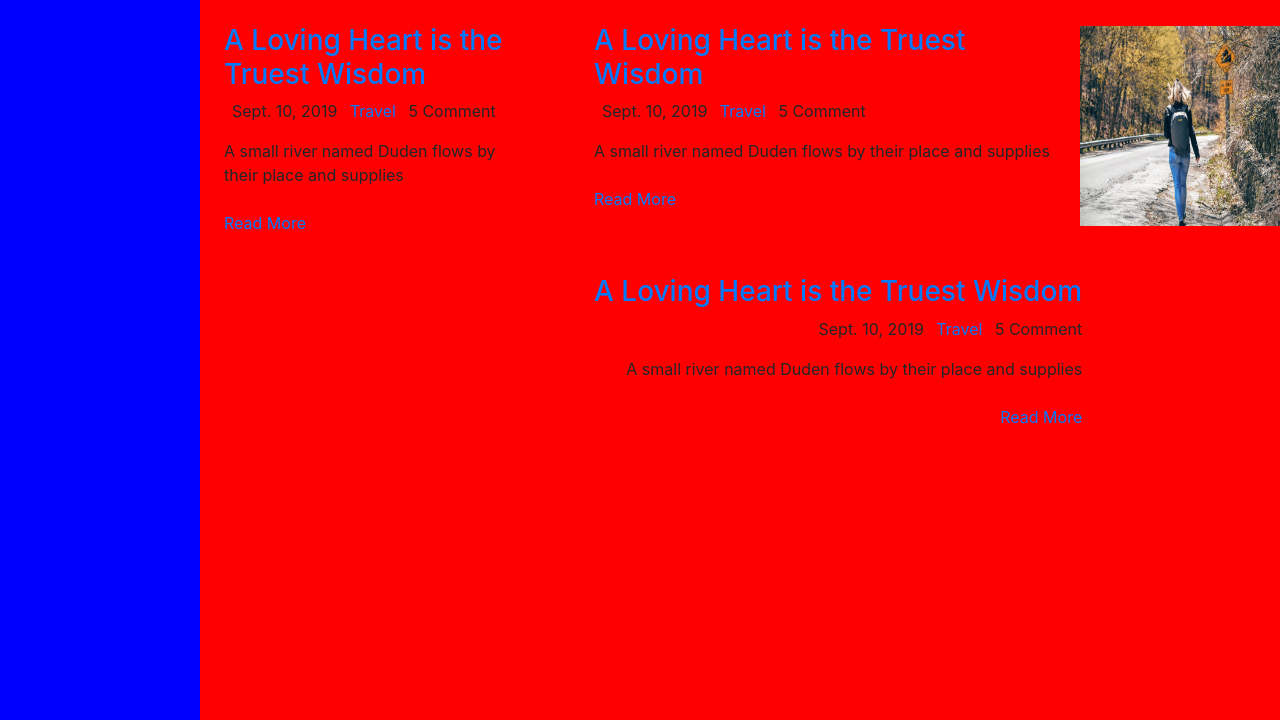
Repository: tts2610/GoogleNews
Page: index.html
These files come from the project's save history. The page is drawn as it stood at one moment and after the next save; the edit follows.
The browser window is 1280 px wide. The pictures show the whole page.
The page's requests for data from a server got no answer.

Above is the page before, as saved 2020-05-20 13:37:02.

After the next save:
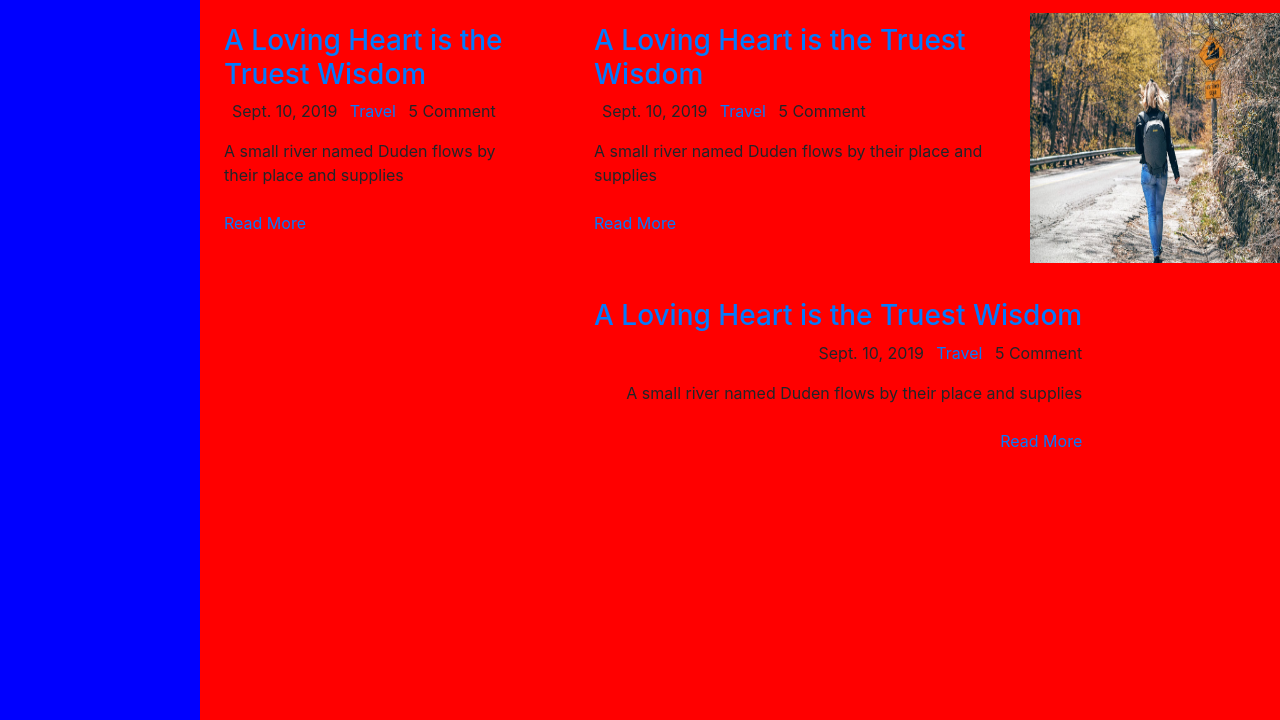
Saved 17 s later.
--- a/index.html
+++ b/index.html
@@ -66,7 +66,7 @@
                                     <p class="mb-4">A small river named Duden flows by their place and supplies</p>
                                     <p><a href="#" class="btn-custom">Read More <span class="ion-ios-arrow-forward"></span></a></p>
                                 </div>
-                                <div class="news-img"><img src="img/image_8.jpg" width="200" height="200"></div>
+                                <div class="news-img"><img src="img/image_8.jpg" width="250" height="250"></div>
                             </div>
                         </div>
                         <div class="col-md-12">

After the save that followed:
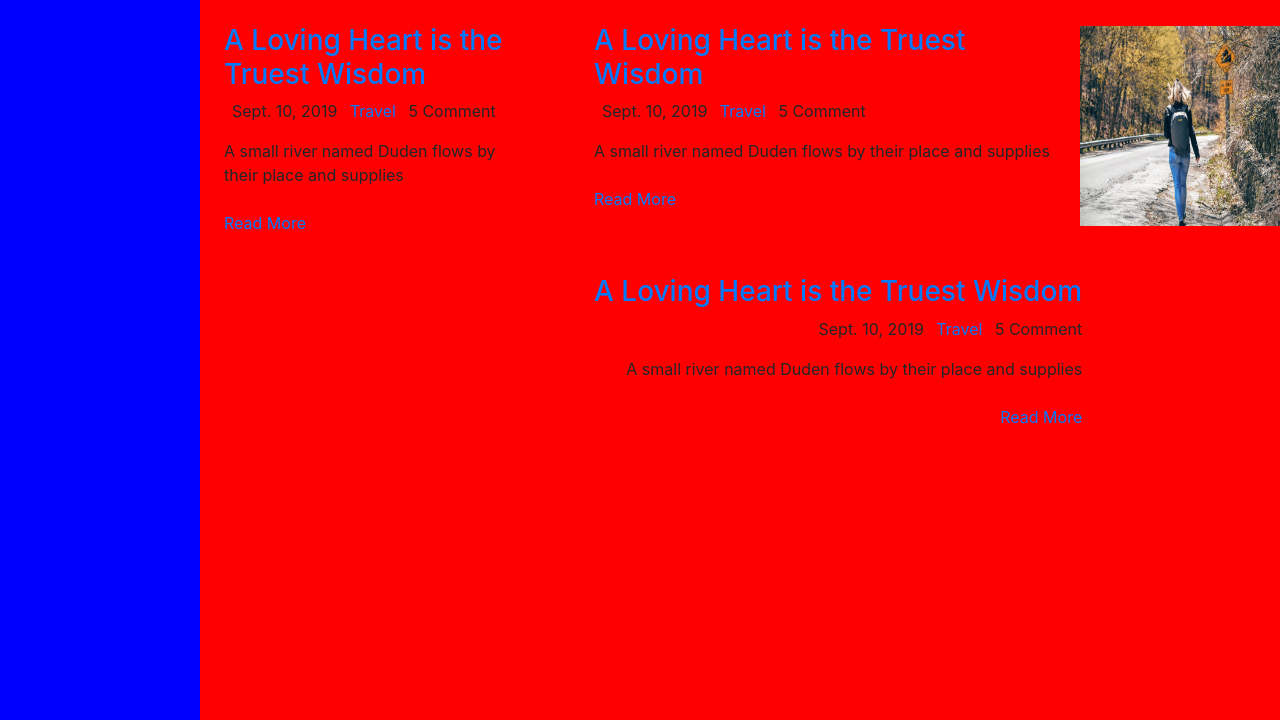
Saved 4 s later.
--- a/index.html
+++ b/index.html
@@ -66,7 +66,7 @@
                                     <p class="mb-4">A small river named Duden flows by their place and supplies</p>
                                     <p><a href="#" class="btn-custom">Read More <span class="ion-ios-arrow-forward"></span></a></p>
                                 </div>
-                                <div class="news-img"><img src="img/image_8.jpg" width="250" height="250"></div>
+                                <div class="news-img"><img src="img/image_8.jpg" width="200" height="200"></div>
                             </div>
                         </div>
                         <div class="col-md-12">
